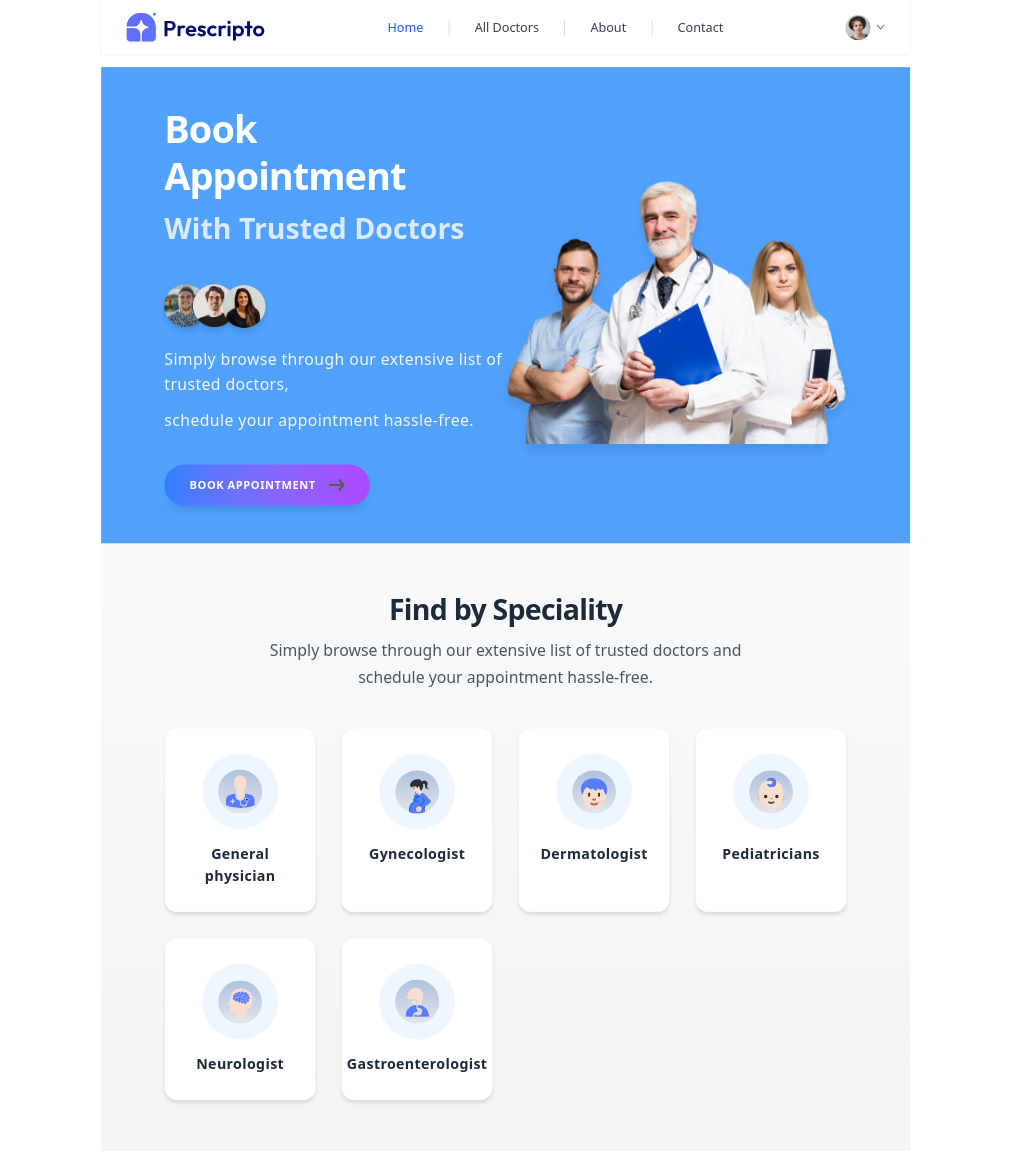
Repository: Pran2535/appointement_booking
Page: / (app in frontend/)
The author's editor kept a copy of each file at every save. The page is drawn from the files as they stood at one save, then again after the next save.
The browser window is 1280 px wide. The pictures show the whole page, at 79% of full size.
The project was rebuilt for these pictures with package versions that can differ from the ones it lists, and the page was loaded fresh each time. Also part of the build but not shown: frontend/vite.config.js, frontend/src/pages/About.jsx, frontend/src/pages/MyAppointments.jsx, frontend/src/pages/Doctors.jsx, frontend/src/pages/Login.jsx, frontend/src/pages/Contact.jsx, frontend/src/pages/MyProfile.jsx, frontend/src/pages/Appointment.jsx.

Above is the page before, as saved 2025-02-16 21:30:22.

After the next save:
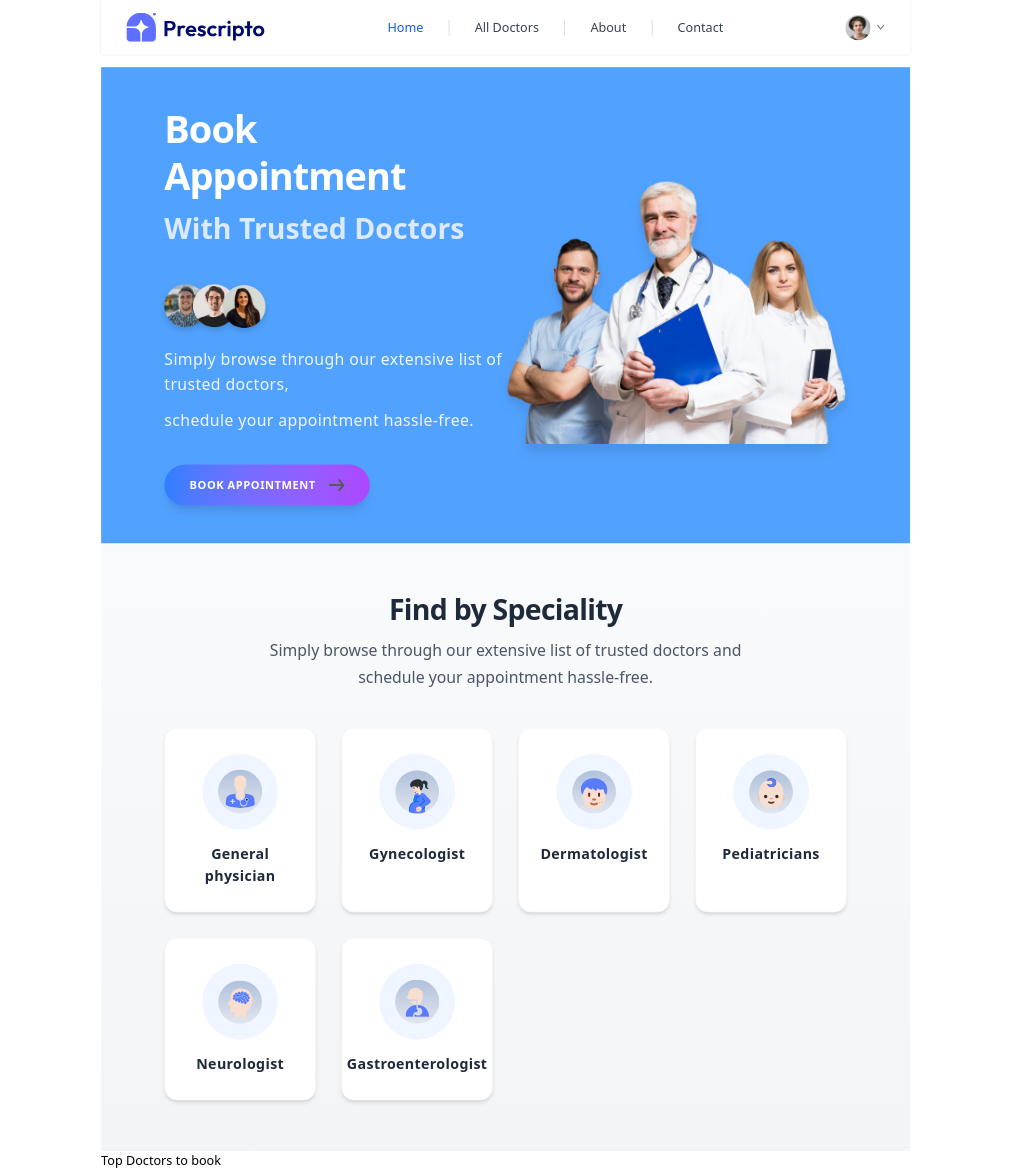
Saved 50 s later.
--- a/frontend/src/components/TopDoctors.jsx
+++ b/frontend/src/components/TopDoctors.jsx
@@ -3,7 +3,7 @@
 const TopDoctors = () => {
   return (
     <div>
-
+      <h1>Top Doctors to book</h1>
     </div>
   )
 }
